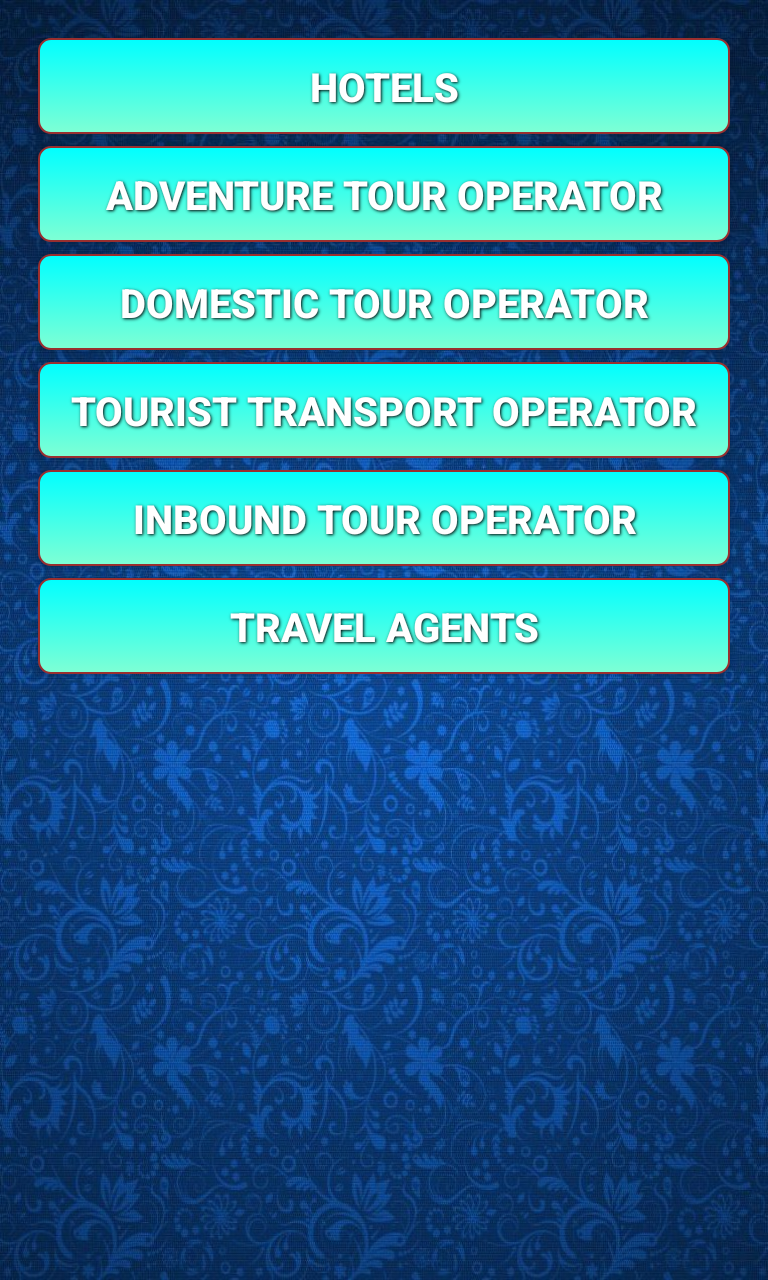
Repository: ayushshah/indsafari
Layout: Indian Safari/res/layout/activity_options_menu.xml
These files come from the project's save history. The layout is drawn as it stood at one moment and after the next save; the edit follows.
It is drawn on a 768 x 1280 px phone screen (xhdpi) without system bars, with theme AppTheme; the app's code is not run.

Above is the layout before, as saved 2014-07-27 18:11:03.

After the next save:
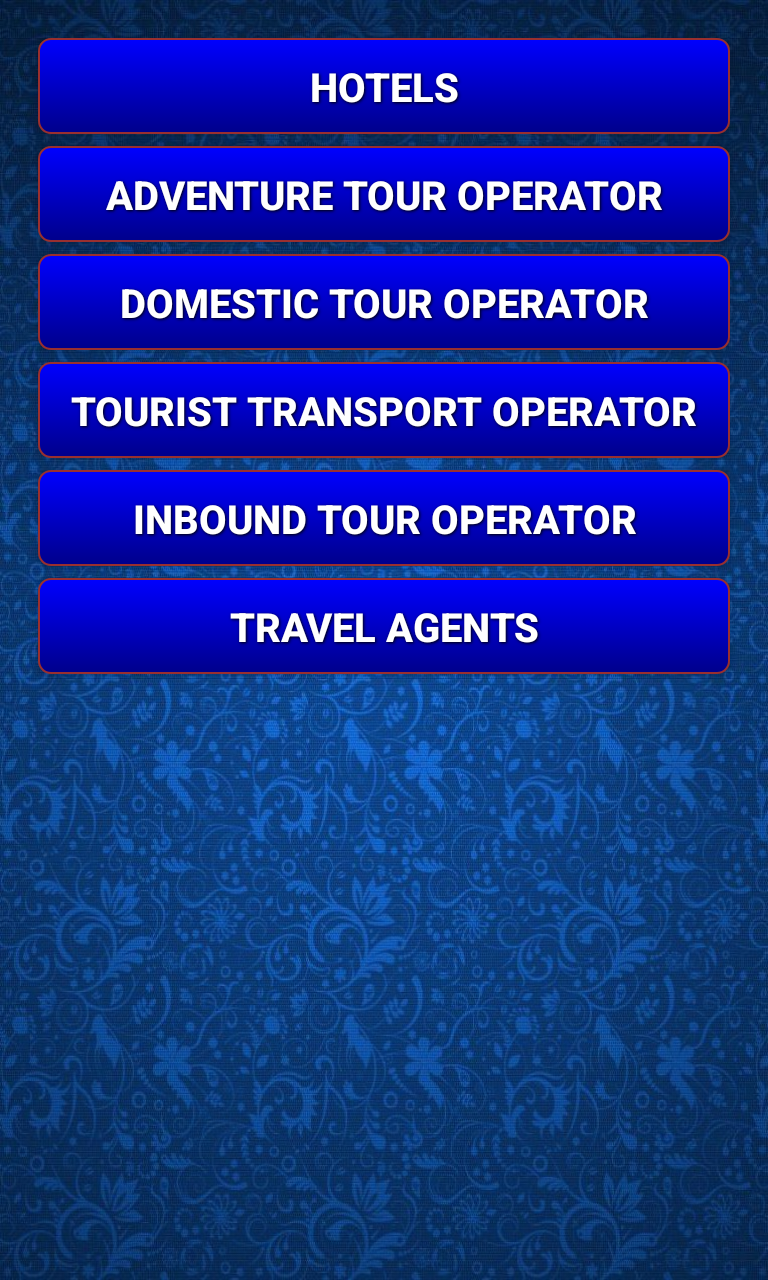
Saved 55 s later.
--- a/Indian Safari/res/drawable/red_button.xml
+++ b/Indian Safari/res/drawable/red_button.xml
@@ -11,7 +11,7 @@
             <padding android:bottom="10dp" android:left="10dp" android:right="10dp" android:top="10dp" />
         </shape></item>
     <item><shape>
-            <gradient android:angle="270" android:endColor="@color/Aquamarine" android:startColor="@color/Aqua" />
+            <gradient android:angle="270" android:endColor="@color/DarkBlue" android:startColor="@color/Blue" />
 
             <stroke android:width="1dp" android:color="#992f2f" />
 
